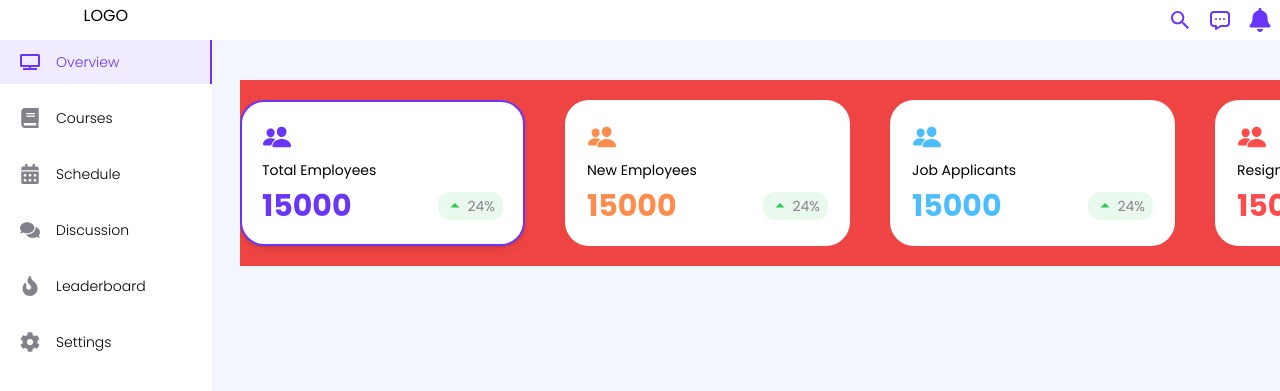
Repository: SpicierEwe/creativeio_hr_dashboard
Page: /
These files come from the project's save history. The page is drawn as it stood at one moment and after a run of saves; the edit follows.
The browser window is 1280 px wide. The pictures show the whole page.
The project was rebuilt for these pictures with package versions that can differ from the ones it lists, and the page was loaded fresh each time. Also part of the build but not shown: src/components/dashboard/sections/sections_2/section_2.jsx. Imported but missing from the stored project, and not drawn on this page: src/components/dashboard/sections/sections_2/charts/pie_chart.

Above is the page before, as saved 2024-06-28 23:27:18.

After the next 2 saves:
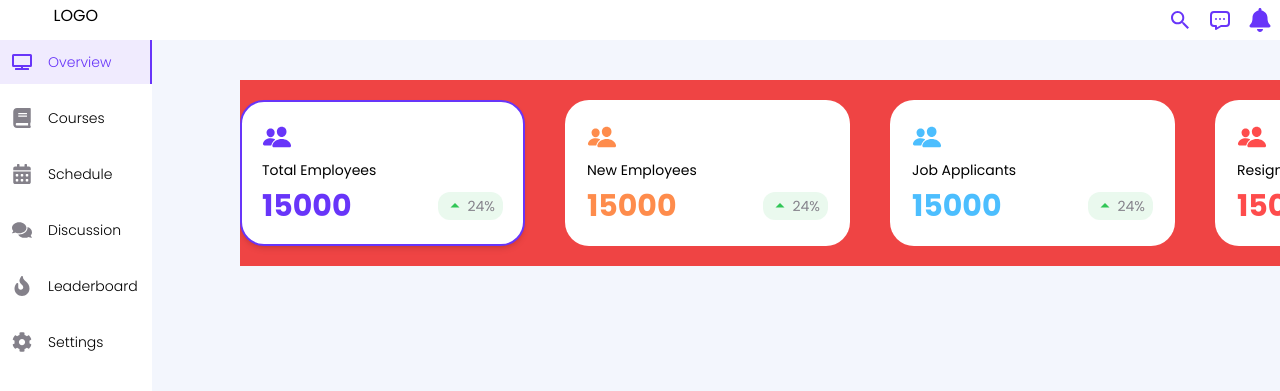
The 2 saves are shown as one change because they came seconds apart.
The last was saved 47 s later.
--- a/src/components/side_nav/side_nav.jsx
+++ b/src/components/side_nav/side_nav.jsx
@@ -87,10 +87,10 @@ function SideNav() {
                     isSelected ? "border-accent" : "border-primary"
                   } text-md cursor-pointer w-full ${
                     isSelected ? "bg-accent_light" : ""
-                  } transition-all duration-200 ease-in-out lg:pr-16 lg:pl-5 `}
+                  } transition-all duration-200 ease-in-out`}
                   onClick={() => setSelectedNavIndex(index)}
                 >
-                  <div className="flex justify-between gap-10">
+                  <div className="flex justify-between gap-10 ">
                     <div className="flex gap-4">
                       {/* item icon */}
                       <div
